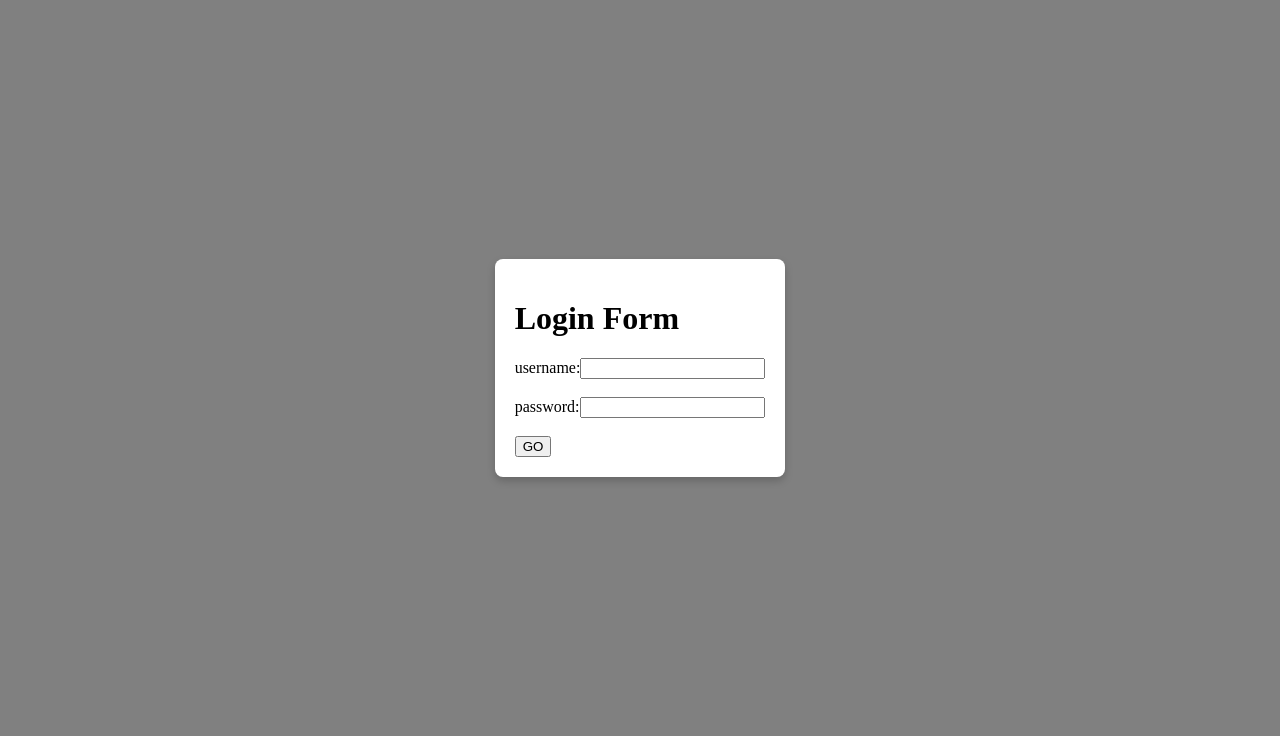
Repository: VIJAYkollu-7568/rakhi
Page: jsp/src/main/webapp/login.html
An editor plug-in stored every save of this project. The page is shown before and after the next save, followed by the edit.
The browser window is 1280 px wide. The pictures show the whole page.

Above is the page before, as saved 2024-11-07 09:19:49.

### jsp/src/main/webapp/login.html
<!DOCTYPE html>
<html>
<head>
<meta charset="UTF-8">
<title>login</title>
</head>
<style>

body{
display: flex;
background-color:grey;
min-height: 100vh;
justify-content:center;
align-items: center;

}
form{
background-color:white;
align-items: center;
margin:0;
padding:20px;
border-radius: 8px;
box-shadow: 0 4px 8px rgba(0, 0, 0, 0.2);

}
</style>
<body>

<form  action="login.jsp">
<h1>Login Form</h1>
username:<input type ="text" name="username" required><br><br>
password:<input type="password" name="password" required><br><br>
<button type="submit">GO</button>
</form>
</body>
</html>

After the next save:
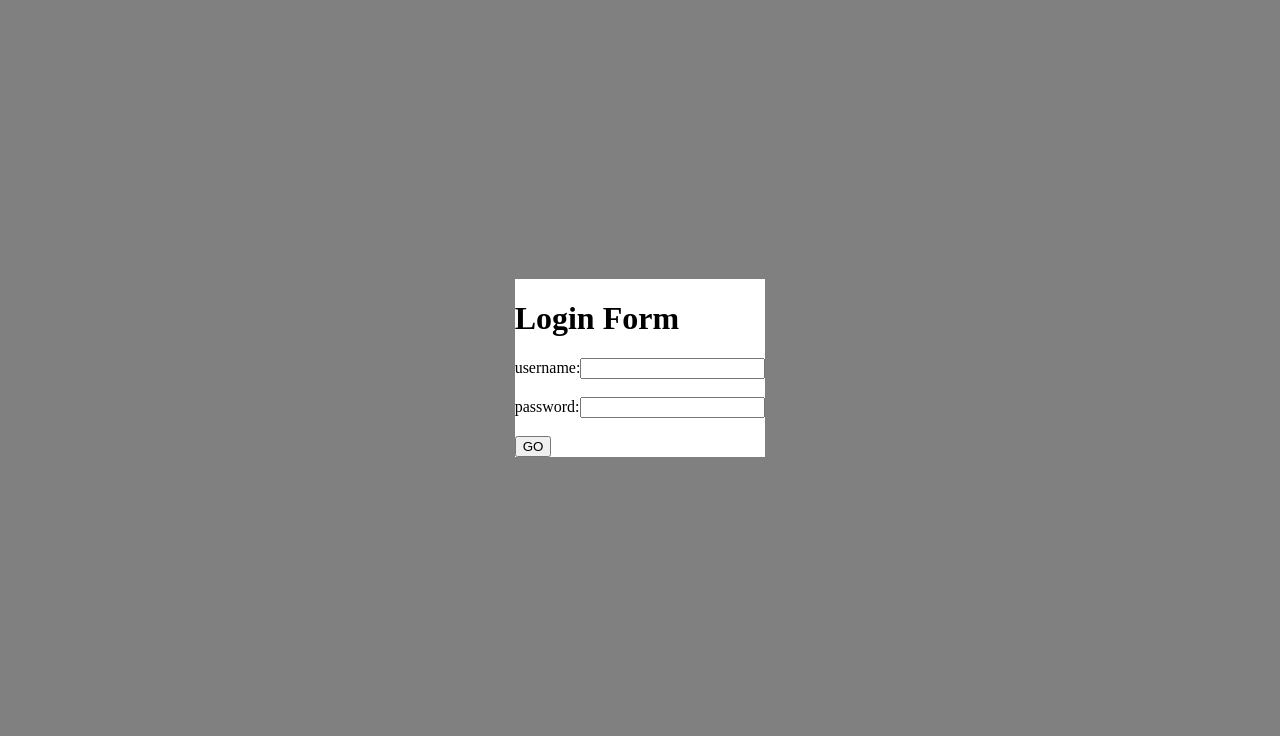
Saved 9 s later.
--- a/jsp/src/main/webapp/login.html
+++ b/jsp/src/main/webapp/login.html
@@ -17,10 +17,7 @@ align-items: center;
 form{
 background-color:white;
 align-items: center;
-margin:0;
-padding:20px;
-border-radius: 8px;
-box-shadow: 0 4px 8px rgba(0, 0, 0, 0.2);
+
 
 }
 </style>
